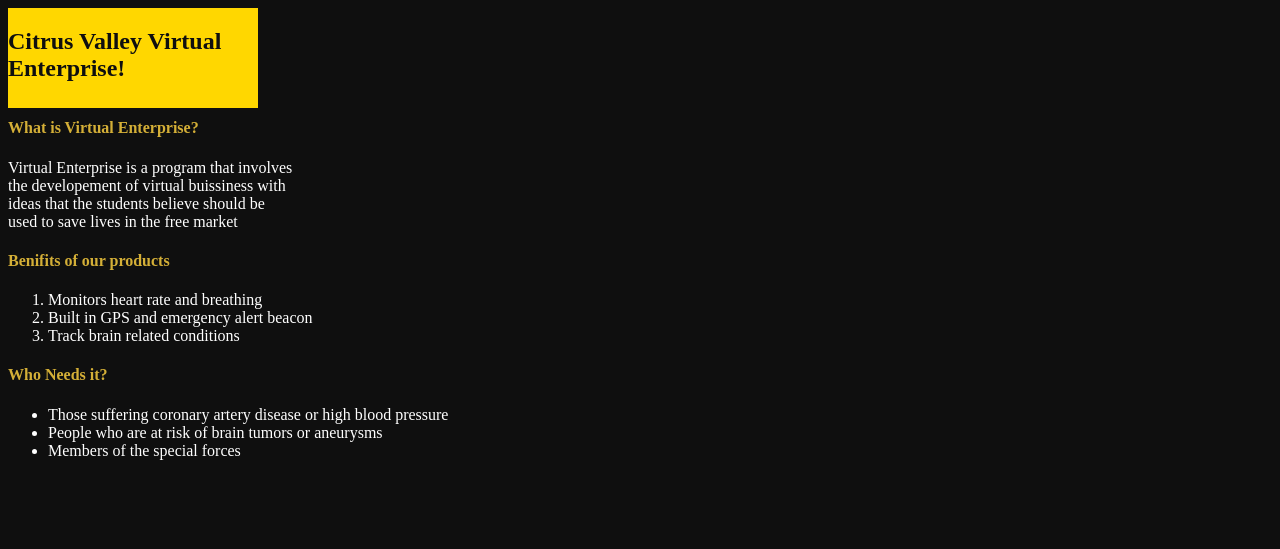
Repository: VirtualEnterpriseCali/VitrualEnterpriseCali.github.io
Page: index.html
The author's editor kept a record of every edit. The page is drawn from the files as they stood at one moment, then again after the next edit.
The browser window is 1280 px wide. The pictures show the whole page.

Above is the page before.

### index.html
<html>
     <head>
        <link rel="Stylesheet" href="./Styles/style.css">
    </head>
    <header><h2>Citrus Valley Virtual Enterprise!</h2></header>
      <style>
              h4 {
            color: rgb(212,175,55);
        }
        </style>
        <br>
        <br>
        <br>
        <br>
        <br>
        <h4>What is Virtual Enterprise?</h4>
        <p>Virtual Enterprise is a program that involves<br>
        the developement of virtual buissiness with <br>
        ideas that the students believe should be <br>
        used to save lives in the free market</p>
   <h4>Benifits of our products</h4>
       <ol>
        <li>Monitors heart rate and breathing</li>
        <li>Built in GPS and emergency alert beacon</li>
        <li>Track brain related conditions</li>
    </ol>
    <h4>Who Needs it?</h4>
     <ul>
        <li>Those suffering coronary artery disease or high blood pressure</li>
        <li>People who are at risk of brain tumors or aneurysms</li>
        <li>Members of the special forces</li>
    </ul>
    <p></p>
    </body>
</html>

### Styles/style.css

    body {
            background-color:#0F0F0F;

        }
            body p{
                color:#FFFFFF;
            }
            body ol{
            color:#FFFFFF;
            }
            body ul{
            color:#FFFFFF;
            }
            header {
                margin:0px;
                padding:0px;
                list-style:none;
            color:#0F0F0F;
            }
            header {
                float: left;
                width: 250px;
                height:100px;
                background-color:gold;
            }

After the next edit:
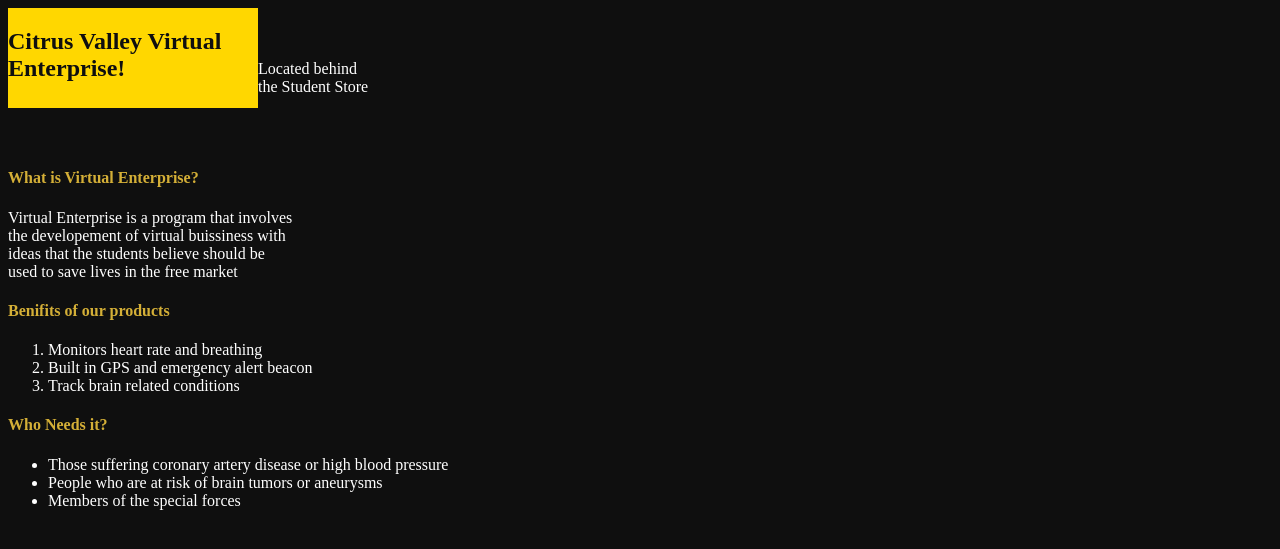
The edit:
--- a/index.html
+++ b/index.html
@@ -8,9 +8,11 @@
             color: rgb(212,175,55);
         }
         </style>
+
         <br>
-        <br>
-        <br>
+
+        <br><p>Located behind <br>
+        the Student Store</p>
         <br>
         <br>
         <h4>What is Virtual Enterprise?</h4>
